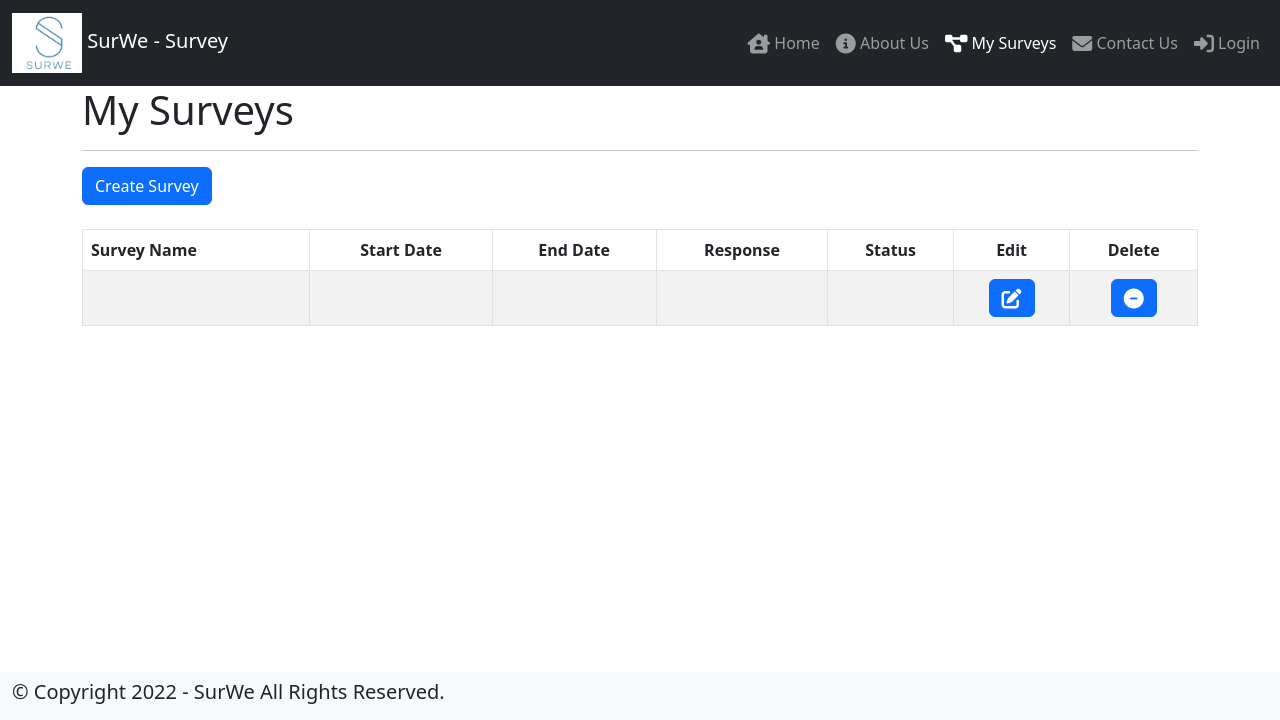
Repository: ryanchandata/comp229-m2022-group6-frontend
Page: /survey
An editor plug-in stored every save of this project. The page is shown before and after the next save, followed by the edit.
The browser window is 1280 px wide. The pictures show the whole page.
The project was rebuilt for these pictures with package versions that can differ from the ones it lists, and the page was loaded fresh each time. Also part of the build but not shown: src/content/home.tsx, src/content/about.tsx, src/content/contact.tsx, src/survey-list/add.tsx, src/survey-list/edit.tsx, src/content/PageNotFound.tsx, src/authentication/login.tsx, src/authentication/logout.tsx and 1 more.

Above is the page before, as saved 2022-07-30 12:19:04.

### public/index.html
<!DOCTYPE html>
<html lang="en">
  <head>
    <meta charset="utf-8" />
    <link rel="icon" href="%PUBLIC_URL%/favicon.ico" />
    <meta name="viewport" content="width=device-width, initial-scale=1" />
    <meta name="theme-color" content="#000000" />
    <meta
      name="description"
      content="Web site created using create-react-app"
    />
    <link rel="apple-touch-icon" href="%PUBLIC_URL%/logo192.png" />
    <!--
      manifest.json provides metadata used when your web app is installed on a
      user's mobile device or desktop. See https://developers.google.com/web/fundamentals/web-app-manifest/
    -->
    <link rel="manifest" href="%PUBLIC_URL%/manifest.json" />
    <!--
      Notice the use of %PUBLIC_URL% in the tags above.
      It will be replaced with the URL of the `public` folder during the build.
      Only files inside the `public` folder can be referenced from the HTML.

      Unlike "/favicon.ico" or "favicon.ico", "%PUBLIC_URL%/favicon.ico" will
      work correctly both with client-side routing and a non-root public URL.
      Learn how to configure a non-root public URL by running `npm run build`.
    -->
    <title>COMP 229</title>
  </head>
  <body>
    <noscript>You need to enable JavaScript to run this app.</noscript>
    <div id="root"></div>
    <!--
      This HTML file is a template.
      If you open it directly in the browser, you will see an empty page.

      You can add webfonts, meta tags, or analytics to this file.
      The build step will place the bundled scripts into the <body> tag.

      To begin the development, run `npm start` or `yarn start`.
      To create a production bundle, use `npm run build` or `yarn build`.
    -->
  </body>
</html>

### src/App.tsx
import { BrowserRouter, Route, Routes } from 'react-router-dom';

// Common Components
import Header from './components/header';
import Footer from './components/footer';

// Content Components
import Home from './content/home';
import About from './content/about';
import Contact from './content/contact';
import Survey from './survey-list/landing';
import Add from './survey-list/add';
import Edit from './survey-list/edit';
import PageNotFound from './content/PageNotFound';

// Authentication Components
import Login from './authentication/login';
import Logout from './authentication/logout';
import Register from './authentication/register';

// Styles and Fonts
import 'bootstrap/dist/css/bootstrap.min.css';
import '@fortawesome/fontawesome-free/css/all.min.css';
import './App.css';

function App() {

  return (
    <div className="App">
      <BrowserRouter>
        <Header></Header>

        {/* Client-Side Routing */}
        <Routes>
          <Route path="/" element={<Home />} />
          <Route path="/home" element={<Home />} />
          <Route path="/about" element={<About />} />
          <Route path="/contact" element={<Contact />} />
          <Route path="/survey" element={<Survey />} />
          <Route path="/add" element={<Add />} />
          <Route path="/edit" element={<Edit />} />
          <Route path="*" element={<PageNotFound />} />
          <Route path="/login" element={<Login />} />
          <Route path="/logout" element={<Logout />} />
          <Route path="/register" element={<Register />} />
        </Routes>

        <Footer></Footer>
      </BrowserRouter>
    </div>
  );
}

export default App;

### src/components/header.tsx
import React, { useEffect, useState } from 'react';
import { NavLink } from 'react-router-dom';
import logo from './team_logo.jpg';
import AuthService from '../services/auth-service';

console.log(logo);

function Header()
{
  const [ isLoggedIn, setIsLoggedIn ] = useState(false);

  useEffect(()=>{
    setIsLoggedIn(AuthService.getCurrentUser());
  }, []);

  function toggleLogin()
  {
    if(isLoggedIn)
    {
      return(
        <li className='nav-item'>
          <NavLink to={"/logout"} className='nav-link' aria-current="page"><i className="fa-solid fa-right-from-bracket fa-lg"></i> Logout</NavLink>
        </li>
      );
    }
    else
    {
      return(
        <li className="nav-item">
            <NavLink to={"/login"} className="nav-link" aria-current="page" ><i className="fa-solid fa-right-to-bracket fa-lg"></i> Login</NavLink>
          </li>
      );
    }
  }


    return (
        <nav className="navbar navbar-expand-lg navbar-dark bg-dark">
    <div className="container-fluid">
      <NavLink to={"/"} className="navbar-brand"><img src={logo} alt="Logo" height={60} width={70} /> SurWe - Survey</NavLink>
      <button className="navbar-toggler" type="button" data-bs-toggle="collapse" data-bs-target="#navbarSupportedContent" aria-controls="navbarSupportedContent" aria-expanded="false" aria-label="Toggle navigation">
        <span className="navbar-toggler-icon"></span>
      </button>
      <div className="collapse navbar-collapse" id="navbarSupportedContent">
        <ul className="navbar-nav ms-auto mb-2 mb-lg-0">
          <li className="nav-item">
            <NavLink to={"/home"} className="nav-link" aria-current="page"><i className="fa-solid fa-house-chimney-user fa-lg"></i> Home</NavLink>
          </li>
          <li className="nav-item">
            <NavLink to={"/about"} className="nav-link" aria-current="page"><i className="fa-solid fa-circle-info fa-lg"></i> About Us</NavLink>
          </li>
          <li className="nav-item">
            <NavLink to={"/survey"} className="nav-link" aria-current="page"><i className="fa-solid fa-diagram-project fa-lg"></i> My Surveys</NavLink>
          </li>
          <li className="nav-item">
            <NavLink to={"/contact"} className="nav-link" aria-current="page"><i className="fa-solid fa-envelope fa-lg"></i> Contact Us</NavLink>
          </li>

          { toggleLogin() }

        </ul>
      </div>
    </div>
  </nav>
    )
}

export default Header;

### src/components/footer.tsx
import React from 'react';

// Footer Component
function Footer()
{
    function getDate(): number
    {
      let date = new Date();
      return date.getFullYear();
    }
    return(
        <nav className="navbar fixed-bottom bg-light">
          <div className="container-fluid">
          <h5 id="copyright">&copy; Copyright { getDate()} - SurWe All Rights Reserved.</h5>
         </div>
        </nav>
    );
}

export default Footer;

### src/survey-list/landing.tsx
import React from 'react';
import { Link } from 'react-router-dom';

function Survey()
{
    document.title = "My Surveys";

        return (
            <div className="container">
                <h1>My Surveys</h1>
                <hr />
                <Link to="/add" >
                    <button className="btn btn-primary">Create Survey</button>
                </Link>
                <br /><br />
                <div className="table-responsive">
                    <table className="table table-bordered table-striped table-hover">
                        <thead>
                            <tr>
                                <th>Survey Name</th>
                                <th className="text-center">Start Date</th>
                                <th className="text-center">End Date</th>
                                <th className="text-center">Response</th>
                                <th className="text-center">Status</th>
                                <th className="text-center">Edit</th>
                                <th className="text-center">Delete</th>
                            </tr>
                        </thead>
                        <tbody>
                        <tr>
                            <td></td>
                            <td className="text-center"></td>
                            <td className="text-center"></td>
                            <td className="text-center"></td>
                            <td className="text-center"></td>
                            <td className="text-center">
                                <Link to="/edit/<%= surveys[count]._id %>">
                                    <button className="btn btn-primary"><i className="fa-solid fa-pen-to-square fa-lg"></i></button>
                                </Link></td>
                            <td className="text-center">
                                <Link to="/delete/<% surveys[count]._id %>">
                                    <button className="btn btn-primary"><i className="fa-solid fa-circle-minus fa-lg"></i></button>
                                </Link>
                            </td>
                        </tr>
                        </tbody>
                    </table>
                </div>
            </div>
        )
}

export default Survey;

### src/App.css
/* Custom CSS goes here */
body {
    padding-bottom: 70px;
  }

  .input-group-addon:first-child
  {
      border-right: 0;
  }

  .input-group-addon
  {
      padding: 6px 12px;
      font-size: 14px;
      font-weight: 400;
      line-height: 1;
      text-align: center;
      border: 1px solid darkgrey;
      border-radius: 4px;
  }

  .input-group-addon .fa
  {
      font-size: 18px;
  }

  .input-group .form-control
  {
      position:relative;
      z-index: 2;
      float:left;
      margin-bottom: 0;
  }

  .input-group .form-control:last-child
  {
      border-top-left-radius: 0;
      border-bottom-left-radius: 0;
  }



  .login
  {
      padding: 2rem 1rem;
      margin-bottom: 2rem;
      background-color: lightgrey;
      border-radius: .3rem;
  }

  .login input
  {
      background-color: white;
      border-color: darkgrey;
      border-radius: .4em;
      width: 100%;
  }

  .edit-task
  {
      position: relative;
      top: -31px;
      display: none;
  }

  .nav {
      background-color: #ffffff;
      color: #000000;
      list-style: none;
      text-align: right;
      padding: 20px 0 20px;
  }

  .nav > li {
      margin-left: 100px;
      padding: 12px 0 0 5px;
      font-size: 12px;
  }

  .nav > li > a {
      text-decoration: none;
      color: #000000;
  }

  .coname {
      color: #000000;
      float: left;
      padding-left: 25px;
      font-size: 16px;
      font-weight: bold;
  }

### src/services/auth-service.tsx
import http from '../components/http-common';

class AuthService
{
    public login(username: string, password: string)
    {
        return http.post('/login', {username, password})
        .then(response => {
            if(response.data.token)
            {
                localStorage.setItem("user", JSON.stringify(response.data));
            }
            return response.data;
        });
    }

    public logout()
    {
        localStorage.removeItem("user");
    }

    public register(username: string, password: string, firstName: string, lastName: string, emailAddress: string)
    {
        return http.post('register', { username, password, firstName, lastName, emailAddress });
    }

    getCurrentUser()
    {
        const userString = localStorage.getItem("user") as string;
        if (userString)
        {
            return JSON.parse(userString);
        }
        return false;
    }
}

export default new AuthService();

### src/components/http-common.tsx
import axios from 'axios';
export default axios.create({
    baseURL: "https://comp229-m2022-group6-backend.herokuapp.com/api",
    // baseURL: "http://localhost:3500/api"
    headers: {
        "Content-type": "application/json"
    }
});

Loaded but not shown: src/index.tsx (common file); src/index.css (common file); src/reportWebVitals.ts (common file)

After the next save:
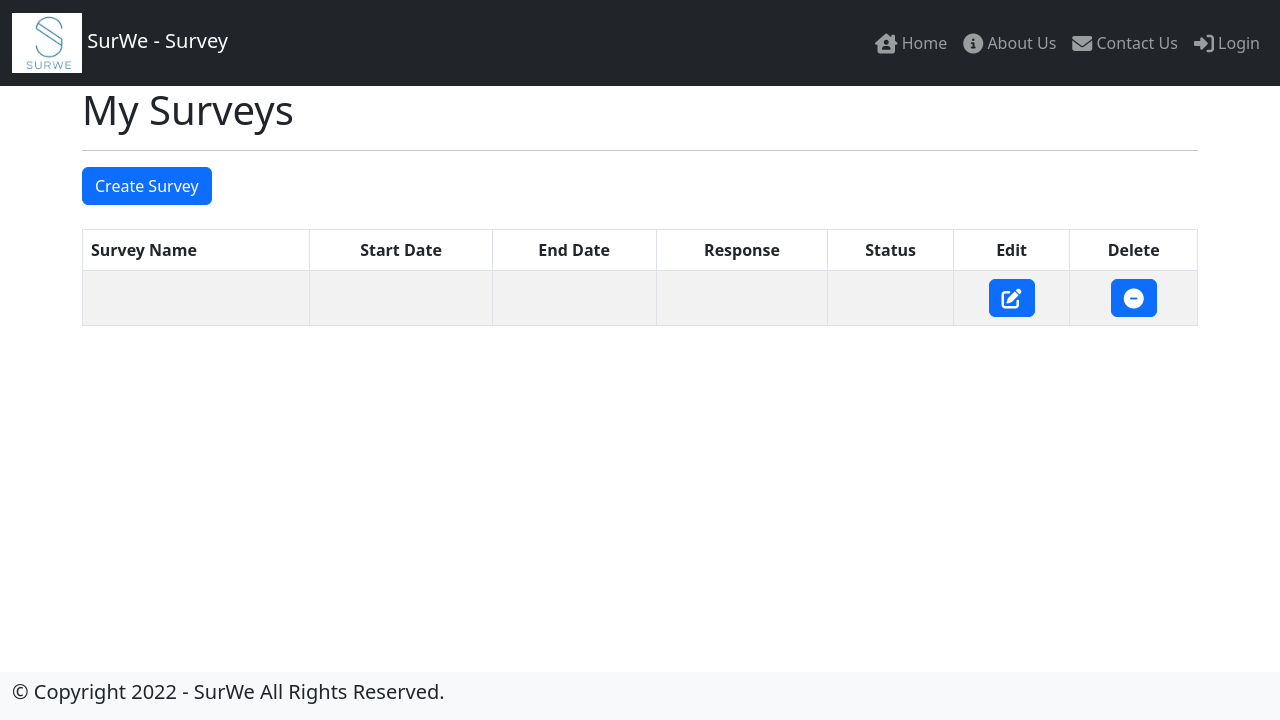
Saved 23 h 6 min later.
--- a/src/components/header.tsx
+++ b/src/components/header.tsx
@@ -18,9 +18,11 @@ function Header()
     if(isLoggedIn)
     {
       return(
-        <li className='nav-item'>
-          <NavLink to={"/logout"} className='nav-link' aria-current="page"><i className="fa-solid fa-right-from-bracket fa-lg"></i> Logout</NavLink>
-        </li>
+        <><li className='nav-item'>
+          <NavLink to={"/survey"} className='nav-link' aria-current="page"><i className="fa-solid fa-right-from-bracket fa-lg"></i> My Surveys</NavLink>
+        </li><li className='nav-item'>
+            <NavLink to={"/logout"} className='nav-link' aria-current="page"><i className="fa-solid fa-right-from-bracket fa-lg"></i> Logout</NavLink>
+          </li></>
       );
     }
     else
@@ -50,9 +52,6 @@ function Header()
             <NavLink to={"/about"} className="nav-link" aria-current="page"><i className="fa-solid fa-circle-info fa-lg"></i> About Us</NavLink>
           </li>
           <li className="nav-item">
-            <NavLink to={"/survey"} className="nav-link" aria-current="page"><i className="fa-solid fa-diagram-project fa-lg"></i> My Surveys</NavLink>
-          </li>
-          <li className="nav-item">
             <NavLink to={"/contact"} className="nav-link" aria-current="page"><i className="fa-solid fa-envelope fa-lg"></i> Contact Us</NavLink>
           </li>
 
